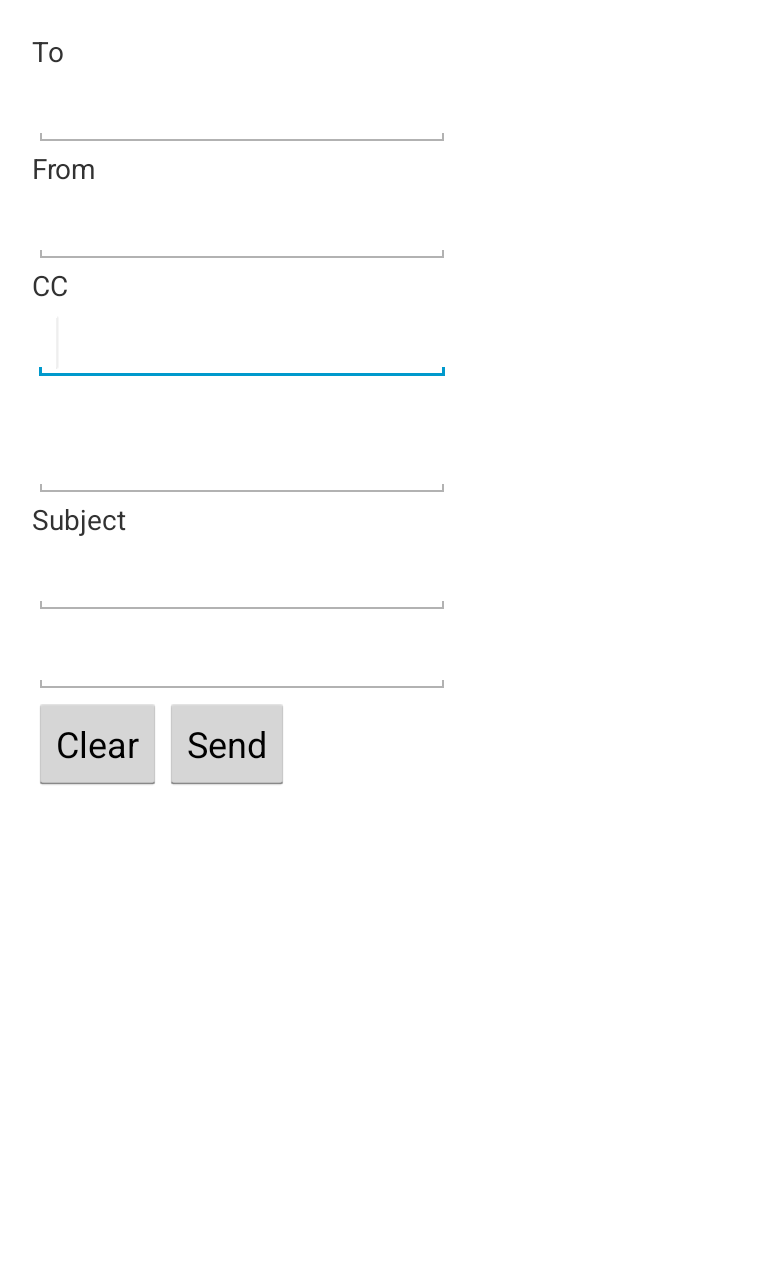
Repository: tmccartan/Android
Layout: Assignment1/res/layout/activity_email_reading.xml
These files come from the project's save history. The layout is drawn as it stood at one moment and after a run of saves; the edit follows.
It is drawn on a 768 x 1280 px phone screen (xhdpi) without system bars, with theme AppTheme; the app's code is not run.

Above is the layout before, as saved 2015-02-11 18:36:11.

After the next 2 saves:
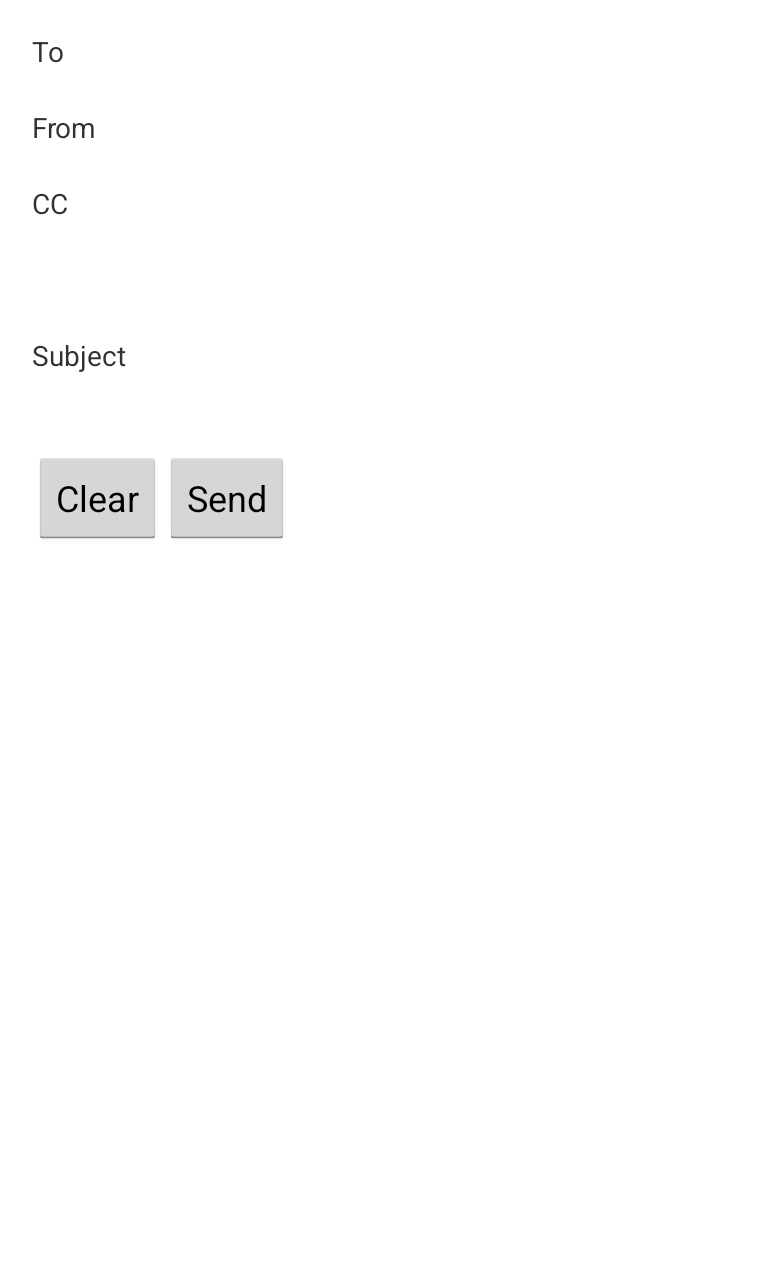
The 2 saves are shown as one change because 1 did not build or start.
The last was saved 2 min 13 s later.
--- a/Assignment1/res/layout/activity_email_reading.xml
+++ b/Assignment1/res/layout/activity_email_reading.xml
@@ -37,7 +37,7 @@
                 android:layout_width="wrap_content"
                 android:layout_height="wrap_content" >
 
-                <EditText
+                <TextView
                     android:id="@+id/txtTo"
                     android:layout_width="wrap_content"
                     android:layout_height="wrap_content"
@@ -61,7 +61,7 @@
                 android:layout_width="wrap_content"
                 android:layout_height="wrap_content" >
 
-                <EditText
+                <TextView
                     android:id="@+id/txtFrom"
                     android:layout_width="wrap_content"
                     android:layout_height="wrap_content"
@@ -88,14 +88,11 @@
                 android:layout_width="wrap_content"
                 android:layout_height="wrap_content" >
 
-                <EditText
+                <TextView
                     android:id="@+id/txtCC"
                     android:layout_width="wrap_content"
                     android:layout_height="wrap_content"
-                    android:ems="10" >
-
-                    <requestFocus />
-                </EditText>
+                    android:ems="10" />
 
             </TableRow>
 
@@ -117,7 +114,7 @@
                 android:layout_width="wrap_content"
                 android:layout_height="wrap_content" >
 
-                <EditText
+                <TextView
                     android:id="@+id/txtBCC"
                     android:layout_width="wrap_content"
                     android:layout_height="wrap_content"
@@ -143,7 +140,7 @@
                 android:layout_width="wrap_content"
                 android:layout_height="wrap_content" >
 
-                <EditText
+                <TextView
                     android:id="@+id/txtSubject"
                     android:layout_width="wrap_content"
                     android:layout_height="wrap_content"
@@ -156,7 +153,7 @@
                 android:layout_width="match_parent"
                 android:layout_height="wrap_content" >
 
-                <EditText
+                <TextView
                     android:id="@+id/txtBody"
                     android:layout_width="match_parent"
                     android:layout_height="fill_parent"
